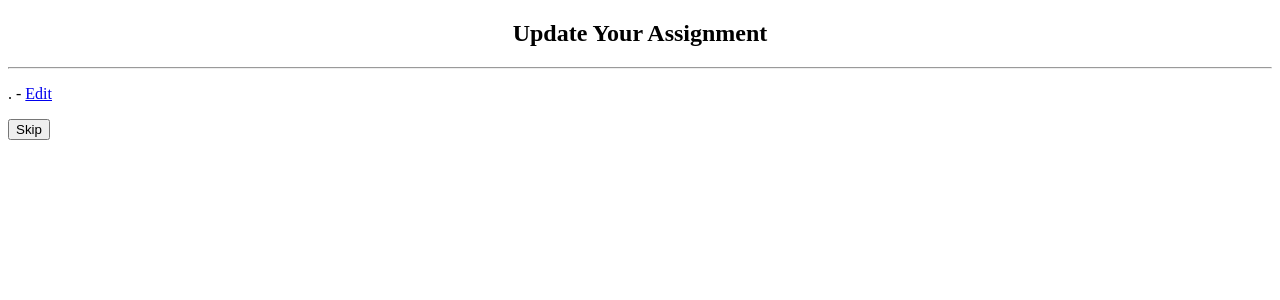
Repository: marawan200311-dev/To-Do-List-
Page: http://localhost/update_page
An editor plug-in stored every save of this project. The page is shown before and after the next save, followed by the edit.
The browser window is 1280 px wide. The pictures show the whole page.
The page is served by the project's application, run on Flask 3 (app.py). The page reads the database file committed with the project.

Above is the page before, as saved 2025-11-22 04:00:26.
Console error: TypeError: Cannot read properties of null (reading 'addEventListener')

### templates/update.html
{%extends 'base.html'%}
{%block head%}
<title>update page</title>
{%endblock%}
{%block body%}
<h2 class="logo_of_update">Update Your Assignment</h2>
<hr>
<div>
  {% if data %}
    {% for row in data %}
        <p>
              {{ row[1] }} - {{ row[2] }}
    <a href="/edit/{{ row[0] }}">Edit</a>
        </p>
    {% endfor %}
{% else %}
    <p>You haven't added anything yet to updata :)!</p>
{% endif %}
</div>
<form action="/update_new_assignment" method="POST">
    <input type="hidden" name="id" value="{{id}}">

</form>
<button class="Skip_update">Skip</button>
{%endblock%}

### templates/base.html
<!DOCTYPE html>
<html lang="en">
  <head>
    <meta charset="UTF-8">
    <meta name="viewport" content="width=device-width, initial-scale=1.0">
    <link
      rel="stylesheet"
      href="{{url_for('static', filename='css/style.css')}}"
    />

    {%block head %}{%endblock%}
  </head>
  <body>
    {%block body %} {%endblock%}
    <script src="{{url_for('static',filename='js/main.js')}}"></script>
  </body>
</html>

### app.py
from flask import Flask, render_template ,url_for,request,redirect
import sqlite3
import os
db_py=os.path.join(os.path.dirname(__file__),'instance', 'data.db')
from instance.databas import initialise_data, add_data, show_up,delete,update




app= Flask(__name__)
@app.route('/')
def index():
  return render_template('index.html')
#_____________ADD_______________
@app.route('/add_page')
def add_page():
    return render_template('add.html')

@app.route('/add_assignment' ,methods=['POST'])
def assignment ():
   assignment=request.form['assignment']
   date= request.form['date']
   add_data(assignment,date)
   return render_template('add.html')

@app.route('/skip')
def skip ():
   return redirect('/')
#__________________________________

#_____________DELETE______________
@app.route('/delete_page')
def delete_page():
    data=show_up()
    return render_template('delete.html', schedule=data)

@app.route("/delet_form" , methods=['POST'])
def delete_mission():
    id_of_mission=int(request.form['number'])
    delete(id_of_mission)
    data=show_up()
    return render_template('delete.html',schedule=data)

@app.route('/skip_delete')
def skip_delete():
   return redirect('/')

#___________________________________________

#__________UPDATE_____________________
@app.route('/update_page')
def update_index():
    data=show_up()
    return render_template('update.html',data=show_up())
@app.route('/update_new_assignment' , methods=['POST'])
def update_data():
    id  = request.form['id']
    new_assignment = request.form.get('assignment')
    new_date =  request.form.get('date')
    update(id,new_assignment,new_date)
    return render_template('updat.html')
@app.route('/skip_update')
def skip_button():
    return redirect('/')
#__________________________________________

#________SHOW_________________
@app.route('/show_page')
def show_page():
    data=show_up()
    return render_template('show.html', schedule=data)
@app.route('/skip_show')
def skip_show():
    return redirect('/')


if __name__=="__main__":
      app.run(debug=True)

### instance/databas.py
import sqlite3
import os

def initialise_data():
  connect = sqlite3.connect('data.db')
  cursor= connect.cursor()

  cursor.execute('''
  CREATE TABLE IF NOT EXISTS user_assignment( id INTEGER PRIMARY KEY AUTOINCREMENT,
  assignment TEXT NOT NULL ,
date TEXT )
''')





def add_data(assignment,date):
   connect = sqlite3.connect('data.db')
   cursor= connect.cursor()
   cursor.execute('INSERT INTO user_assignment (assignment,date) VALUES(?,?)', (assignment,date))
   connect.commit()
   connect.close()

def show_up():
  connect = sqlite3.connect('data.db')
  cursor= connect.cursor()

  cursor.execute('SELECT * FROM user_assignment')
  all_date = cursor.fetchall()

  schedule=[]
  for data in all_date:
    schedule.append(f'{data[0]}. Your mession {data[1]} You decided to do that in this time==>{data[2]}')
  if len(schedule)==0 :
    print('The user does not add anything :)')
  return schedule


def delete (assignmentNumber):
  connect = sqlite3.connect('data.db')
  cursor= connect.cursor()

  cursor.execute('SELECT * FROM user_assignment WHERE id=?', (assignmentNumber,))
  row= cursor.fetchone()
  if row is None:
   return f"This {row} doesn't valid "
  cursor.execute('DELETE FROM user_assignment WHERE id = ? ', (assignmentNumber,))
  connect.commit()
  connect.close()
  return True

def update(id,assignment,date):
  connect = sqlite3.connect('data.db')
  cursor= connect.cursor()
  cursor.execute('''UPDATE user_assignment SET assignment=?, date=?, WHERE id=?''',(id,assignment,date))
  connect.commit()
  connect.close()













initialise_data()

### static/css/style.css
.h1{
  text-align: center;
  border-bottom: 2px solid black;
}

#text_add {
   display: inline;
}
#text_update{
  display: inline;
}

#text_show{
  display: inline;
}
#text_delete{
  display: inline;
}
.Show{
  text-align: center;

}
.Delete_logo{
  text-align: center;
}
.logo_of_update{
  text-align: center;
}

### static/js/main.js
document.addEventListener('DOMContentLoaded', () => {
    const skipButton = document.querySelector('.Skip');
    if(skipButton){
        skipButton.addEventListener('click', () => {
            window.location = '/skip';
        });
    }
});

const skip_showButton=document.querySelector('.Skip_Show');
if(skip_showButton){
    skip_showButton.addEventListener('click',()=>{
        window.location ='/skip_show';
    });
}

const skip_deleteButton=document.querySelector('.Skip_delete')
if(skip_deleteButton){
    skip_deleteButton.addEventListener('click',()=>{
        window.location ='/skip_delete'
    });
}


const addButton = document.querySelector('.Add');


addButton.addEventListener('click', () => {

    window.open('/add_page', '_blank');
});



addButton.addEventListener('click', () => {

    window.open('/add_page', '_blank');
});



const deletButton= document.querySelector('.Delete');

deletButton.addEventListener('click' , () => {
window.open('/delete_page','_blank')
});





const ubdateButton = document.querySelector('.Update')
ubdateButton.addEventListener('click', ()=> {
window.open('/update_page','_blank')

});








const showButton = document.querySelector('.Show')
showButton.addEventListener('click',()=>{
window.open('/show_page','_blank')
});

### data.db (the tables this page reads, as SQL)
CREATE TABLE user_assignment( id INTEGER PRIMARY KEY AUTOINCREMENT,
  assignment TEXT NOT NULL ,
date TEXT );
INSERT INTO "user_assignment" VALUES
(2, 'English', '2025-02-22');

After the next save:
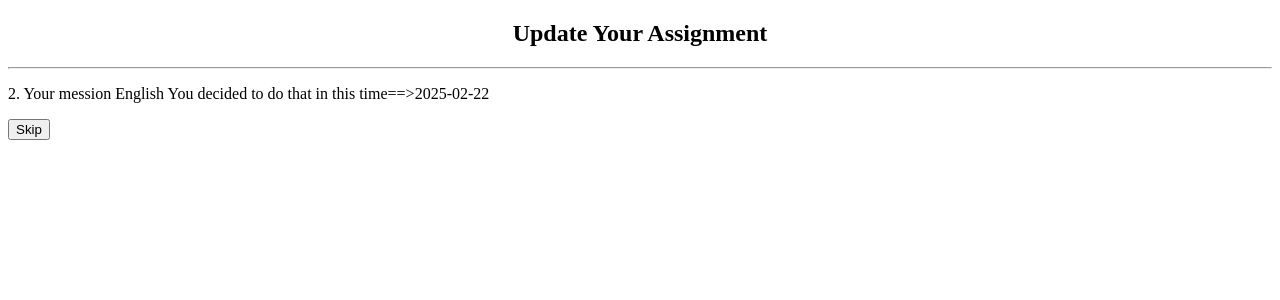
Saved 67 s later.
--- a/templates/update.html
+++ b/templates/update.html
@@ -7,11 +7,8 @@
 <hr>
 <div>
   {% if data %}
-    {% for row in data %}
-        <p>
-              {{ row[1] }} - {{ row[2] }}
-    <a href="/edit/{{ row[0] }}">Edit</a>
-        </p>
+    {% for item in data %}
+        <p>{{ item }}</p>
     {% endfor %}
 {% else %}
     <p>You haven't added anything yet to updata :)!</p>
